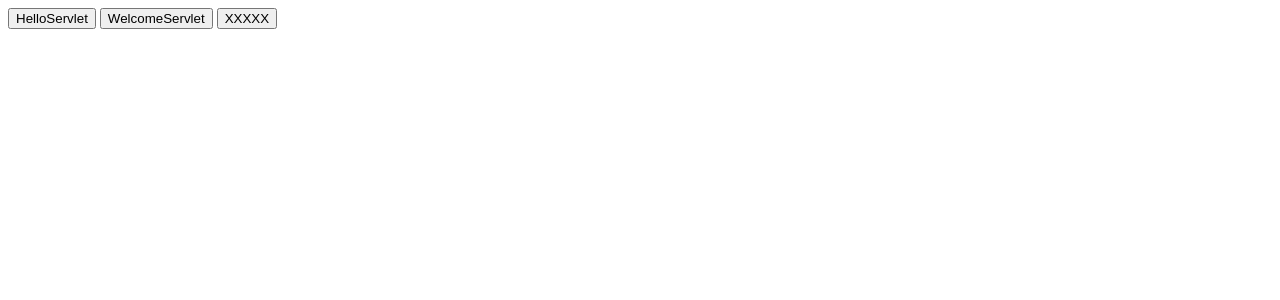
Repository: Nogawa-Haruka/test
Page: http://localhost/HelloServlet/
An editor plug-in stored every save of this project. The page is shown before and after the next save, followed by the edit.
The browser window is 1280 px wide. The pictures show the whole page.
The page is served by Tomcat 9. Other server files are loaded and not shown.

Above is the page before, as saved 2019-11-18 11:14:41.

### HelloServlet/WebContent/index.jsp
<%@ page language="java" contentType="text/html; charaset=UTF=8" pageEncoding="UTF-8"%>
<!DOCTYPE html>
<html>
<head>
	<meta charset="UTF-8">
	<title>HelloServlet</title>
</head>
<body>
	<input type="button" value="HelloServlet" onClick="location.href='HelloServlet'">
	<input type="button" value="WelcomeServlet" onClick="location.href='welcome.jsp'">
	<input type="button" value="XXXXX" onClick="location.href='inquiry.jsp'">
</body>
</html>

After the next save:
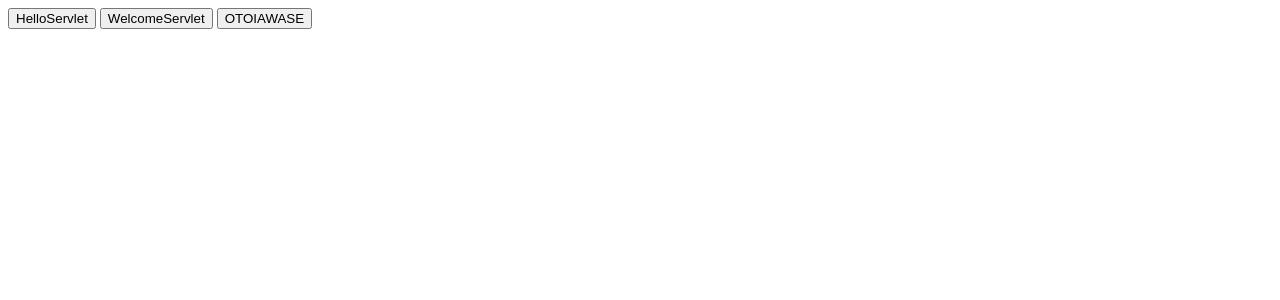
Saved 21 s later.
--- a/HelloServlet/WebContent/index.jsp
+++ b/HelloServlet/WebContent/index.jsp
@@ -8,6 +8,6 @@
 <body>
 	<input type="button" value="HelloServlet" onClick="location.href='HelloServlet'">
 	<input type="button" value="WelcomeServlet" onClick="location.href='welcome.jsp'">
-	<input type="button" value="XXXXX" onClick="location.href='inquiry.jsp'">
+	<input type="button" value="OTOIAWASE" onClick="location.href='inquiry.jsp'">
 </body>
 </html>
